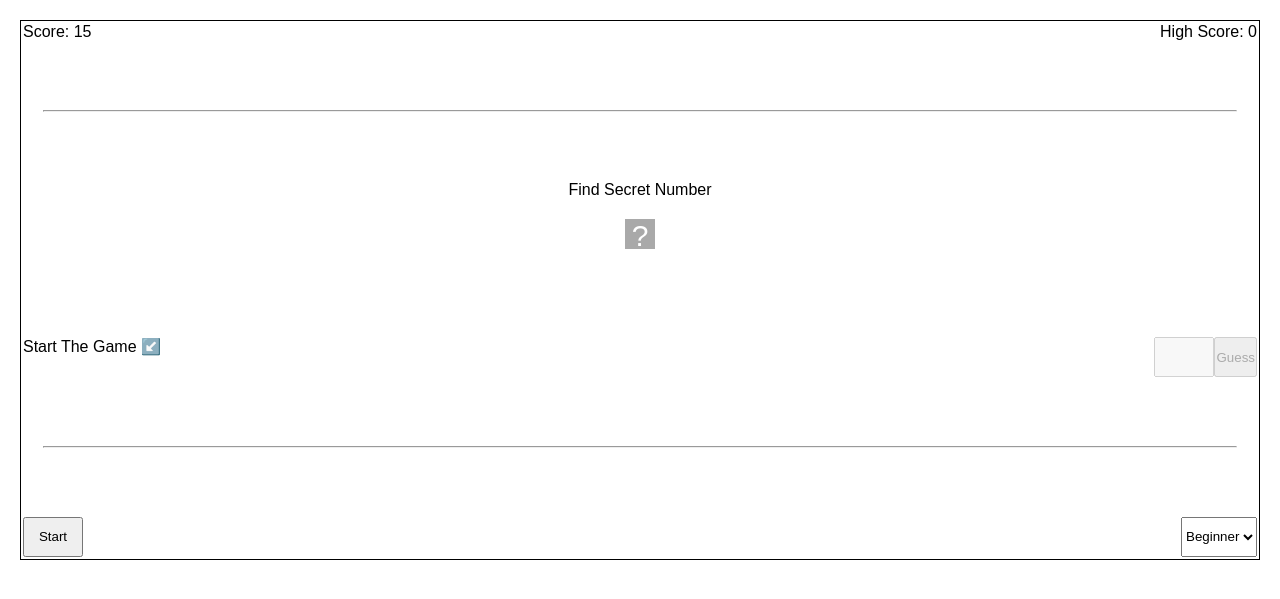
Repository: baziz22/Vanilla_JS_Projects
Page: secret_number/index.html
These files come from the project's save history. The page is drawn as it stood at one moment and after the next save; the edit follows.
The browser window is 1280 px wide. The pictures show the whole page.

Above is the page before, as saved 2022-02-20 00:00:10.

After the next save:
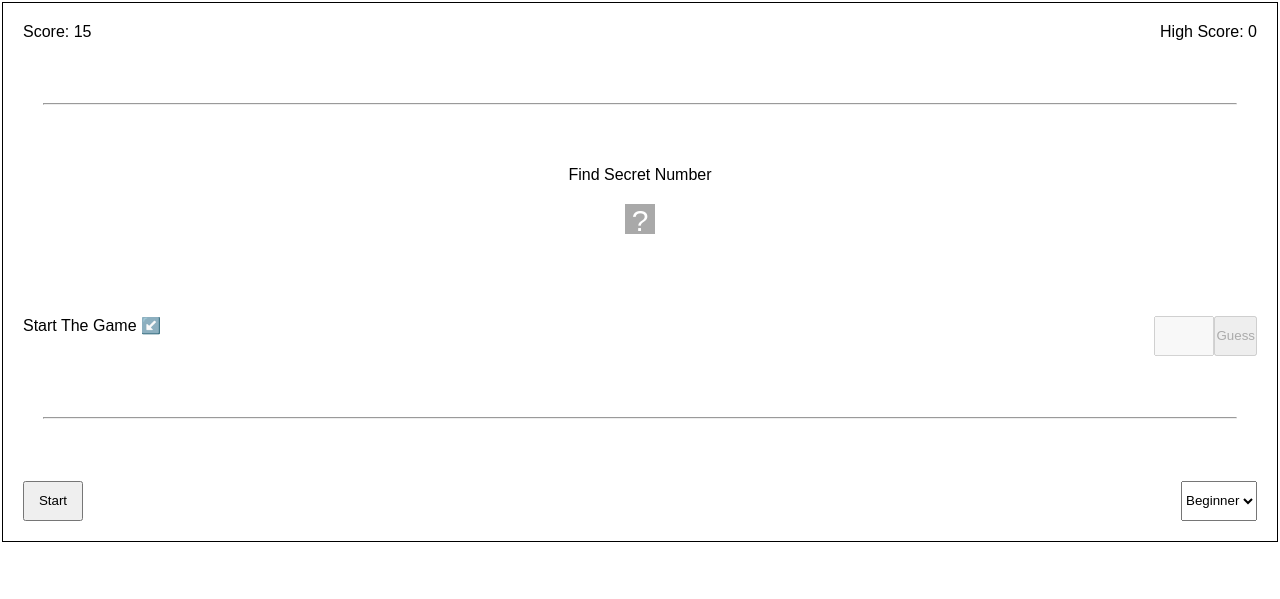
Saved 23 s later.
--- a/secret_number/style.css
+++ b/secret_number/style.css
@@ -9,8 +9,8 @@ body {
 #scene {
   min-width: 50vh;
   min-height: 75vh;
-  padding: 2px;
-  margin: 20px;
+  padding: 20px;
+  margin: 2px;
   border: 1px solid black;
   display: flex;
   flex-direction: column;
